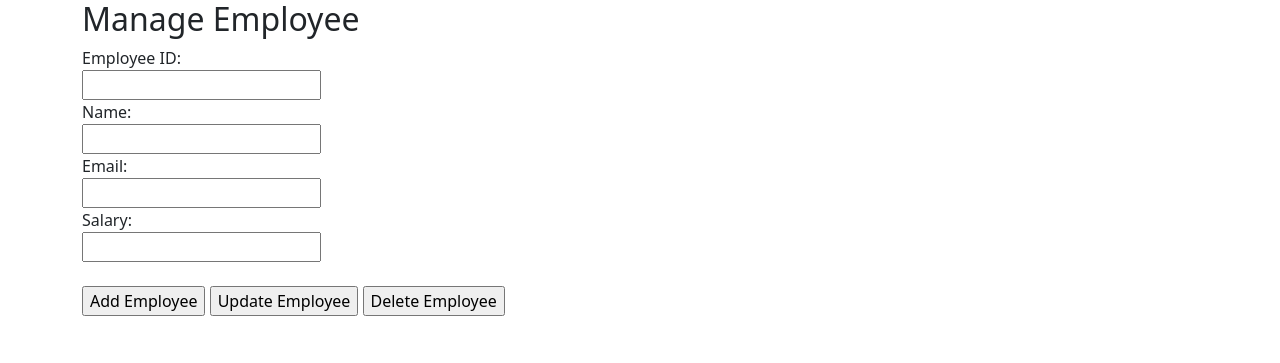
Repository: pradeep9689/monoceptAssignment
Page: http://localhost/08-jdbc-pool-connction/emplyeeAdd.jsp
An editor plug-in stored every save of this project. The page is shown before and after the next save, followed by the edit.
The browser window is 1280 px wide. The pictures show the whole page.
The page is served by Tomcat 9.

Above is the page before, as saved 2024-07-16 17:28:24.

After the next save:
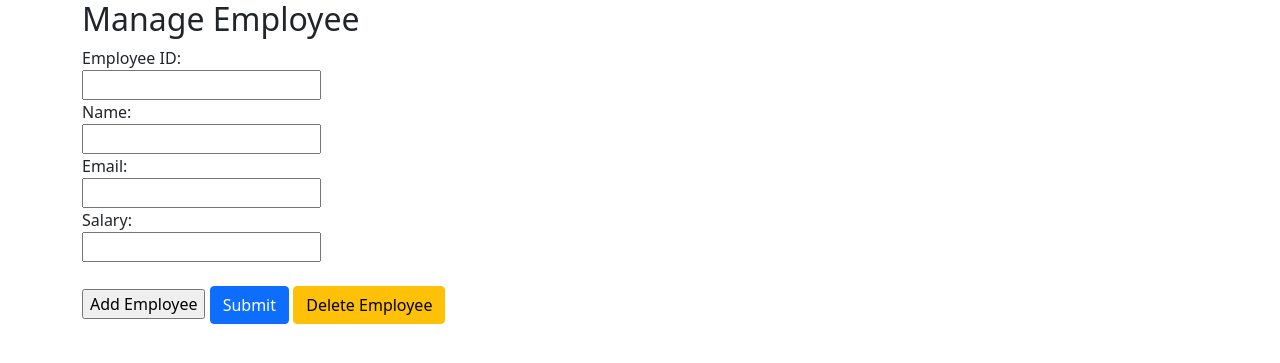
Saved 80 s later.
--- a/08-jdbc-pool-connction/WebContent/emplyeeAdd.jsp
+++ b/08-jdbc-pool-connction/WebContent/emplyeeAdd.jsp
@@ -21,8 +21,8 @@
         <input type="text" id="salary" name="salary"><br><br>
         <input type="hidden" id="action" name="action" value="add">
         <input type="submit" value="Add Employee" onclick="document.getElementById('action').value='add';">
-        <input type="submit" value="Update Employee" onclick="document.getElementById('action').value='update';">
-        <input type="submit" value="Delete Employee" onclick="document.getElementById('action').value='delete';">
+        <input type="submit" class="btn btn-primary" "value="Update Employee" onclick="document.getElementById('action').value='update';">
+        <input type="submit" class="btn btn-warning" value="Delete Employee" onclick="document.getElementById('action').value='delete';">
     </form>
     </div>
 </body>
